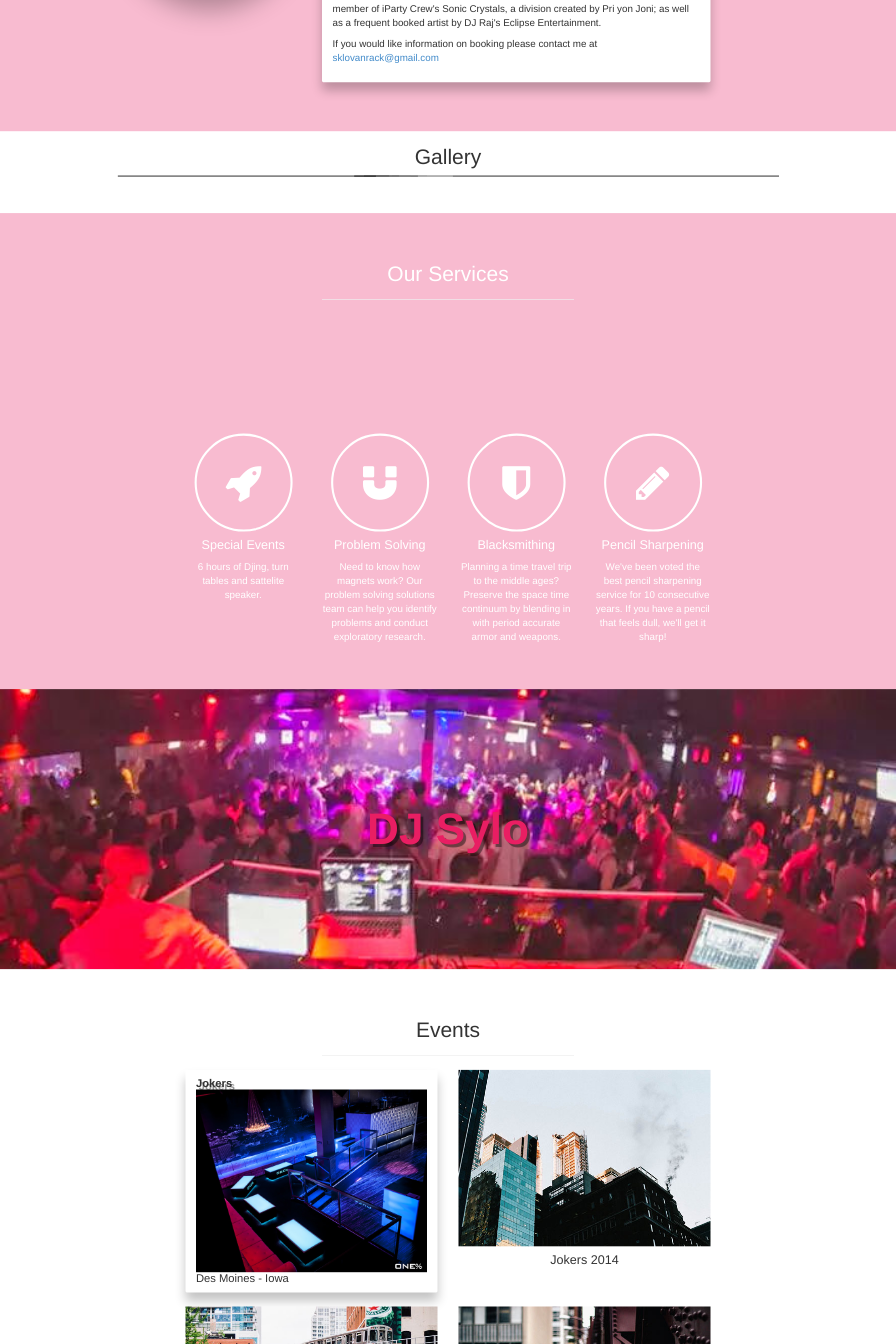
Repository: BambooXLotus/DjSylo
Page: client/index.html
The author's editor kept a record of every edit. The page is drawn from the files as they stood at one moment, then again after the next edit.
The browser window is 1280 px wide. The pictures show the part of the page from y = 1039 to 2959 px (the page is 4266 px tall before and 4349 px after), at 70% of full size.
Pictures or frames that could not be fetched are drawn as grey boxes. Some icons come from a web library that is not loaded, so they are not drawn. Backgrounds fixed to the window are drawn as part of the page. Some web libraries are served in a nearby version.

Above is the page before.
Not found: client/img/card-background.jpeg

### client/index.html
<!DOCTYPE html>
<html lang="en">

<head>
    <meta charset="utf-8">
    <meta name="viewport" content="width=device-width, initial-scale=1.0">
    <meta name="description" content="">
    <meta name="author" content="">
    <title>DJ Sylo</title>
    <!-- Bootstrap core CSS
        -->
    <link href="css/bootstrap.css" rel="stylesheet">
    <!-- Add custom CSS here -->
    <link href="css/stylish-portfolio.css" rel="stylesheet">
    <link href="//maxcdn.bootstrapcdn.com/font-awesome/4.1.0/css/font-awesome.min.css" rel="stylesheet">
    <link href="css/nanogallery.min.css" rel="stylesheet" type="text/css">
</head>

<body>
    <!-- Side Menu -->
    <nav class="navbar navbar-fixed-top navbar-inverse" role="navigation">
        <div class="container">
            <div class="navbar-header">
                <button type="button" class="navbar-toggle" data-toggle="collapse" data-target=".navbar-ex1-collapse">
                    <span class="sr-only">Toggle navigation</span>
                    <span class="icon-bar"></span>
                    <span class="icon-bar"></span>
                    <span class="icon-bar"></span>
                </button>
                <a class="navbar-brand" href="index.php">DJ <b>Sylo</b></a>
            </div>
            <!-- Collect the nav links, forms, and other content for toggling -->
            <div class="collapse navbar-collapse navbar-ex1-collapse">
                <ul class="nav navbar-nav">
                    <li>
                        <a href="#top">Home</a>
                    </li>
                    <li>
                        <a href="#about">Bio</a>
                    </li>
                    <li>
                        <a href="#gallery">Gallery</a>
                    </li>
                    <li>
                        <a href="#services">Services</a>
                    </li>
                    <li>
                        <a href="#portfolio">Events</a>
                    </li>
                    <li>
                        <a href="#portfolio">Discography</a>
                    </li>
                    <li>
                        <a href="#contact">Contact</a>
                    </li>
                </ul>
            </div>
            <!-- /.navbar-collapse -->
        </div>
        <!-- /.container -->
    </nav>
    <!-- /Side Menu -->
    <!-- Full Page Image Header Area -->
    <div id="top" class="header">
        <div class="vert-text">
            <div class="hero">
                <h1>DJ <b>Sylo</b></h1>
                <a href="#contact" class="btn btn-lg btn-default">Contact</a>
            </div>
        </div>
    </div>
    <!-- /Full Page Image Header Area -->
    <!-- Intro -->
    <div id="about" class="about">
        <div class="container">
            <div class="row">
                <div class="col-md-3 col-md-offset-1">
                    <img class="img-circle img-responsive circle-shadow" src="img/portrait-sm.jpg">
                </div>
                <div class="col-md-6 col-xs-12">
                    <div class="panel panel-default dialog">
                        <div class="panel-heading">
                            <h3>DJ Sylo</h3>
                        </div>
                        <div class="panel-body">
                            <h4>Kansas City, MO</h4>
                            <p>Style: Electronic, Pop, Hip hop.</p>
                            <p>Inpsirations: Calvin Harris, Zedd, Adventure CLub.</p>
                            <p>Musical flavor, stage presence, and a feel for the crowd, DJ Sylo's unique taste and style of music has touched dancefloors across Iowa, as well as the 2012 515 Alive electronic music festival. Sylo's presence is gaining notoriety
                                in both the club and the electronic dance music scene. Armed with her Numark NS7, DJ Sylo is now a member of iParty Crew's Sonic Crystals, a division created by Pri yon Joni; as well as a frequent booked artist by DJ Raj's
                                Eclipse Entertainment.</p>
                            <p>If you would like information on booking please contact me at <a href="sklovanrack@gmail.com">sklovanrack@gmail.com</a>
                            </p>
                        </div>
                    </div>
                </div>
            </div>
        </div>
    </div>
    <!-- /Intro -->
    <!-- Gallery -->
    <div id="gallery" class="gallery">
        <div class="container">
            <div class="row">
                <div class="col-md-6 col-md-offset-3 text-center">
                    <h2>Gallery</h2>
                </div>
            </div>
            <div class="row">
                <div class="col-md-10 col-md-offset-1 col-xs-12 text-center">
                    <div id="nanoGallery2"></div>
                </div>
            </div>
        </div>
    </div>
    <!-- /Gallery -->
    <!-- Services -->
    <div id="services" class="services">
        <div class="container">
            <div class="row">
                <div class="col-md-4 col-md-offset-4 text-center">
                    <h2>Our Services</h2>
                    <hr>
                </div>
            </div>
            <div class="row">
                <div class="col-md-offset-3 col-md-6">
                    <iframe width="100%" height="166" scrolling="no" frameborder="no" src="https://w.soundcloud.com/player/?url=https%3A//api.soundcloud.com/tracks/160960689&amp;color=ff5500&amp;auto_play=false&amp;hide_related=false&amp;show_comments=true&amp;show_user=true&amp;show_reposts=false"></iframe>
                </div>
            </div>
            <div class="row">
                <div class="col-md-2 col-md-offset-2 text-center">
                    <div class="service-item">
                        <i class="service-icon fa fa-rocket"></i>
                        <h4>Special Events</h4>
                        <p>6 hours of Djing, turn tables and sattelite speaker.</p>
                    </div>
                </div>
                <div class="col-md-2 text-center">
                    <div class="service-item">
                        <i class="service-icon fa fa-magnet"></i>
                        <h4>Problem Solving</h4>
                        <p>Need to know how magnets work? Our problem solving solutions team can help you identify problems and conduct exploratory research.</p>
                    </div>
                </div>
                <div class="col-md-2 text-center">
                    <div class="service-item">
                        <i class="service-icon fa fa-shield"></i>
                        <h4>Blacksmithing</h4>
                        <p>Planning a time travel trip to the middle ages? Preserve the space time continuum by blending in with period accurate armor and weapons.</p>
                    </div>
                </div>
                <div class="col-md-2 text-center">
                    <div class="service-item">
                        <i class="service-icon fa fa-pencil"></i>
                        <h4>Pencil Sharpening</h4>
                        <p>We've been voted the best pencil sharpening service for 10 consecutive years. If you have a pencil that feels dull, we'll get it sharp!</p>
                    </div>
                </div>
            </div>
        </div>
    </div>
    <!-- /Services -->
    <!-- Callout -->
    <div class="callout">
        <div class="vert-text">
            <h1>DJ Sylo</h1>
        </div>
    </div>
    <!-- /Callout -->
    <!-- Portfolio -->
    <div id="portfolio" class="portfolio">
        <div class="container">
            <div class="row">
                <div class="col-md-4 col-md-offset-4 text-center">
                    <h2>Events</h2>
                    <hr>
                </div>
            </div>
            <div class="row">
                <div class="col-md-4 col-md-offset-2">
                    <div class="panel card fixed-card">
                        <div class="panel-heading">
                            <h3 class="panel-title">Jokers</h3>
                            <img class="img-portfolio img-responsive" src="img/one-1.jpg">
                            <h4 class="panel-title">Des Moines - Iowa</h4>
                        </div>
                    </div>
                </div>
                <div class="col-md-4 text-center">
                    <div class="portfolio-item">
                        <a href="#">

                            <img class="img-portfolio img-responsive" src="img/portfolio-2.jpg">

                        </a>
                        <h4>Jokers 2014</h4>
                    </div>
                </div>
            </div>
            <div class="row">
                <div class="col-md-4 col-md-offset-2 text-center">
                    <div class="portfolio-item">
                        <a href="#">

                            <img class="img-portfolio img-responsive" src="img/portfolio-3.jpg">

                        </a>
                        <h4>Cafe Mood</h4>
                    </div>
                </div>
                <div class="col-md-4 text-center">
                    <div class="portfolio-item">
                        <a href="#">

                            <img class="img-portfolio img-responsive" src="img/portfolio-4.jpg">

                        </a>
                        <h4>Power and Light 2015</h4>
                    </div>
                </div>
            </div>
        </div>
    </div>
    <!-- /Portfolio -->
    <!-- Call to Action -->
    <div class="call-to-action">
        <div class="container">
            <div class="row">
                <div class="col-md-6 col-md-offset-3 text-center">
                    <h3>Place Holder.</h3>
                    <a href="#" class="btn btn-lg btn-default">Click Me!</a>
                    <a href="#" class="btn btn-lg btn-primary">Look at Me!</a>
                </div>
            </div>
        </div>
    </div>
    <!-- /Call to Action -->
    <!-- Map -->
    <div id="contact">
        <div class="container">
            <div class="row">
                <div class="col-md-6 col-md-offset-3">
                    <h3>Contact</h3>
                    <hr>
                    <address>
                            <strong>Email:</strong>
                            <a href="mailto:#">sklovanrack@gmail.com</a>
                            <br>
                            <br>
                            <strong>Phone:</strong>(515) 329-2323</address>
                </div>
            </div>
            <div>
                <div class="col-md-6 col-md-offset-3 contact-form">
                    <form id="contact" method="post" class="form" role="form">
                        <div class="row">
                            <div class="col-xs-6 col-md-6 form-group">
                                <input class="form-control" id="name" name="name" placeholder="Name" type="text" />
                            </div>
                            <div class="col-xs-6 col-md-6 form-group">
                                <input class="form-control" id="email" name="email" placeholder="Email" type="email" required />
                            </div>
                        </div>
                        <textarea class="form-control" id="message" name="message" placeholder="Message" rows="5"></textarea>
                        <br />
                        <div class="row">
                            <div class="col-xs-12 col-md-12 form-group">
                                <button class="btn btn-primary pull-right" type="submit">Submit</button>
                            </div>
                        </div>
                    </form>
                </div>
            </div>
        </div>
    </div>
    <!-- /Map -->
    <!-- Footer -->
    <footer>
        <div class="container">
            <div class="row">
                <div class="col-md-6 col-md-offset-3 text-center">
                    <ul class="list-inline">
                        <li>
                            <a class="fa fa-facebook fa-3x" href="https://www.facebook.com/DJSyloSonicCrystals"></a>
                        </li>
                        <li>
                            <i class="fa fa-twitter fa-3x"></i>
                        </li>
                        <li>
                            <i class="fa fa-instagram fa-3x"></i>
                        </li>
                        <li>
                            <a class="fa fa-soundcloud fa-3x" href="https://soundcloud.com/bambooproduction/sets"></a>
                        </li>
                    </ul>
                    <div class="top-scroll">
                        <a href="#top"><i class="fa fa-circle-arrow-up scroll fa-4x"></i></a>
                    </div>
                    <hr>
                    <p>Copyright &copy; Bamboo Lotus 2014</p>
                </div>
            </div>
        </div>
    </footer>
    <!-- /Footer -->
    <!-- JavaScript -->
    <script src="js/jquery-1.10.2.js"></script>
    <script src="js/bootstrap.js"></script>

    <!-- nanoGALLERY plugin files -->
    <script type="text/javascript" src="js/jquery.nanogallery.min.js"></script>
    <!-- Custom JavaScript for the Side Menu and Smooth Scrolling
        -->
    <script>
        $("#menu-close").click(function(e) {
            e.preventDefault();
            $("#sidebar-wrapper").toggleClass("active");
        });
    </script>
    <script>
        $("#menu-toggle").click(function(e) {
            e.preventDefault();
            $("#sidebar-wrapper").toggleClass("active");
        });
    </script>
    <script>
        $(function() {
            $('a[href*=#]:not([href=#])').click(function() {
                if (location.pathname.replace(/^\//, '') == this.pathname.replace(/^\//, '') || location.hostname == this.hostname) {

                    var target = $(this.hash);
                    target = target.length ? target : $('[name=' + this.hash.slice(1) + ']');
                    if (target.length) {
                        $('html,body').animate({
                            scrollTop: target.offset().top
                        }, 1000);
                        return false;
                    }
                }
            });

            $("#nanoGallery2").nanoGallery({
                thumbnailWidth: 'auto',
                thumbnailHeight: 200,
                userID: 'derensomsanith@gmail.com',
                kind: 'picasa',
                album: '6020738059883313137',
                colorSchemeViewer: 'light',
                thumbnailHoverEffect: [{
                    name: 'labelAppear75',
                    duration: 300
                }],
                thumbnailGutterWidth: 1,
                thumbnailGutterHeight: 1,
                i18n: {
                    thumbnailImageDescription: 'View Photo',
                    thumbnailAlbumDescription: 'Open Album'
                },
                thumbnailLabel: {
                    display: true,
                    position: 'overImageOnMiddle',
                    align: 'center'
                },
                photoSorting: 'random',
                lazyBuild: 'none',
                lazyBuildTreshold: 300
            });
        });

        (function(i, s, o, g, r, a, m) {
            i['GoogleAnalyticsObject'] = r;
            i[r] = i[r] || function() {
                (i[r].q = i[r].q || []).push(arguments)
            }, i[r].l = 1 * new Date();
            a = s.createElement(o),
                m = s.getElementsByTagName(o)[0];
            a.async = 1;
            a.src = g;
            m.parentNode.insertBefore(a, m)
        })(window, document, 'script', '//www.google-analytics.com/analytics.js', 'ga');

        ga('create', 'UA-56532059-1', 'auto');
        ga('send', 'pageview');
    </script>
</body>

</html>

### client/css/stylish-portfolio.css
/* Global Styles */

html,
body {
  height: 100%;
  width: 100%;
}
h1 {
  color: #e91e63;
  text-shadow: 4px 4px 1px rgba(0, 0, 0, 0.45);
}
h3 {
  color: #e91e63;
  text-shadow: 4px 4px 1px rgba(0, 0, 0, 0.45);
  font-weight: bold;
}
.vert-text {
  display: table-cell;
  vertical-align: middle;
  text-align: center;
}
.vert-text h1 {
  padding: 0;
  margin: 0;
  font-size: 4.5em;
  font-weight: 700;
}
/* Side Menu */

#sidebar-wrapper {
  margin-right: -250px;
  right: 0;
  width: 250px;
  background: #000;
  position: fixed;
  height: 100%;
  overflow-y: auto;
  z-index: 1000;
  -webkit-transition: all 0.4s ease 0s;
  -moz-transition: all 0.4s ease 0s;
  -ms-transition: all 0.4s ease 0s;
  -o-transition: all 0.4s ease 0s;
  transition: all 0.4s ease 0s;
}
.sidebar-nav {
  position: absolute;
  top: 0;
  width: 250px;
  list-style: none;
  margin: 0;
  padding: 0;
}
.sidebar-nav li {
  line-height: 40px;
  text-indent: 20px;
}
.sidebar-nav li a {
  color: #999999;
  display: block;
  text-decoration: none;
}
.sidebar-nav li a:hover {
  color: #fff;
  background: rgba(255, 255, 255, 0.2);
  text-decoration: none;
}
.sidebar-nav li a:active,
.sidebar-nav li a:focus {
  text-decoration: none;
}
.sidebar-nav > .sidebar-brand {
  height: 55px;
  line-height: 55px;
  font-size: 18px;
}
.sidebar-nav > .sidebar-brand a {
  color: #999999;
}
.sidebar-nav > .sidebar-brand a:hover {
  color: #fff;
  background: none;
}
#menu-toggle {
  top: 0;
  right: 0;
  position: fixed;
  z-index: 1;
}
#sidebar-wrapper.active {
  right: 250px;
  width: 250px;
  -webkit-transition: all 0.4s ease 0s;
  -moz-transition: all 0.4s ease 0s;
  -ms-transition: all 0.4s ease 0s;
  -o-transition: all 0.4s ease 0s;
  transition: all 0.4s ease 0s;
}
.toggle {
  margin: 5px 5px 0 0;
}
/* Full Page Image Header Area */

.header {
  display: table;
  height: 100%;
  width: 100%;
  position: relative;
  background: url(../img/DJSyloJumbotron.jpeg) no-repeat center center fixed;
  -webkit-background-size: cover;
  -moz-background-size: cover;
  -o-background-size: cover;
  background-size: cover;
}
/* Intro */

.intro {
  padding: 50px 0;
}
/* About */

.about {
  background: #f8bbd0;
  padding: 50px 0;
}
/* Services */

.services {
  background: #f8bbd0;
  padding: 50px 0;
  color: #ffffff;
}
.service-item {
  margin-bottom: 15px;
}
i.service-icon {
  border: 3px solid #ffffff;
  border-radius: 50%;
  display: inline-block;
  font-size: 56px;
  width: 140px;
  height: 140px;
  line-height: 136px;
  vertical-align: middle;
  text-align: center;
}
/* Callout */

.callout {
  color: #ffffff;
  display: table;
  height: 400px;
  width: 100%;
  background: url(../img/callout_DJSylo.jpeg) no-repeat center center fixed;
  -webkit-background-size: cover;
  -moz-background-size: cover;
  -o-background-size: cover;
  background-size: cover;
}
/* Portfolio */

.portfolio {
  padding: 50px 0;
}
.portfolio-item {
  margin-bottom: 25px;
}
.img-portfolio {
  margin: 0 auto;
}
/* Call to Action */

.call-to-action {
  color: #ffffff;
  background: #ec407a;
  padding: 50px 0;
}
.call-to-action .btn {
  margin: 10px;
}
/* Map */

.map {
  height: 500px;
}
/* Footer */

footer {
  padding: 100px 0;
}
.top-scroll {
  margin-top: 50px;
}
.top-scroll a {
  text-decoration: none;
  color: inherit;
}
i.scroll {
  color: #333333;
}
i.scroll:hover {
  color: #0a5175;
}
/* Responsive */

@media (max-width: 768px) {
  .header {
    background: url(../img/DJSyloJumbotron.jpeg) no-repeat center center scroll;
  }
  .callout {
    background: url(../img/callout_DJSylo.jpeg) no-repeat center center scroll;
  }
  .map {
    height: 75%;
  }
}
html,
body {
  height: 100%;
}
.carousel,
.item,
.active {
  height: 100%;
}
.carousel-inner {
  height: 100%;
}
.fill {
  width: 100%;
  height: 100%;
  background-position: center;
  background-size: cover;
}
/* faster sliding speed */

.carousel-inner > .item {
  -webkit-transition: 0.3s ease-in-out left;
  -moz-transition: 0.3s ease-in-out left;
  -o-transition: 0.3s ease-in-out left;
  transition: 0.3s ease-in-out left;
}
/* keep full widget on smaller screens */

@media (max-width: 767px) {
  body {
    padding-left: 0;
    padding-right: 0;
  }
}
#galleryContainer {
  background: #DDD;
  max-width: 1000px;
  max-height: 500px;
}
.item img {
  width: 50%;
}
.item.w2 {
  width: 25%;
}

.panel-default > .panel-heading {
  background: url(../img/card-background.jpeg);
  border-bottom: 0px;
}

.circle-shadow{
      box-shadow: 0 19px 38px rgba(0,0,0,0.30);
}

    /* Card, Dialog */
    .card, .dialog {
      border-radius: 2px;
      border: 0px;
      position: relative;
      display: inline-block;
      vertical-align: top;
      background-color: #fff;
      box-shadow: 0 12px 15px 0 rgba(0, 0, 0, 0.24);
    }

Loaded but not shown: client/css/bootstrap.css (library); client/css/nanogallery.min.css (library); client/js/jquery-1.10.2.js (library); client/js/bootstrap.js (library); client/js/jquery.nanogallery.min.js (library)

After the next edit:
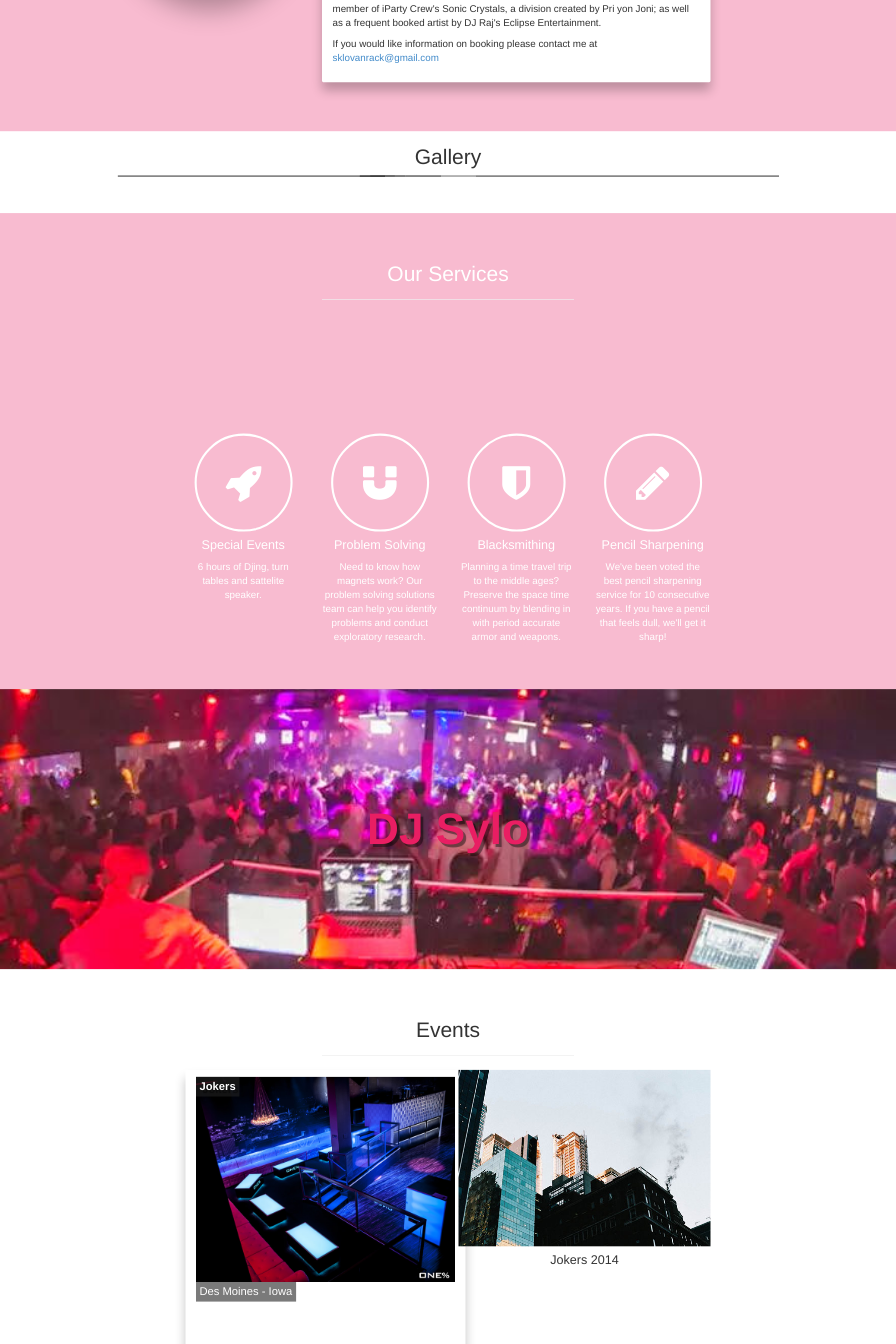
The edit:
--- a/client/css/stylish-portfolio.css
+++ b/client/css/stylish-portfolio.css
@@ -278,3 +278,21 @@
       background-color: #fff;
       box-shadow: 0 12px 15px 0 rgba(0, 0, 0, 0.24);
     }
+
+    .fixed-card{
+      width: 400px;
+      height: 400px;
+    }
+
+    .panel-title {
+    position: absolute;
+    background: rgba(34, 34, 34, 0.6);
+    color: White;
+    padding: 5px;
+    z-index: 3;
+    -webkit-transition: all .6s ease-in-out;
+    -moz-transition: all .6s ease-in-out;
+    -o-transition: all .6s ease-in-out;
+    -ms-transition: all .6s ease-in-out;
+    transition: all .6s ease-in-out;
+}
